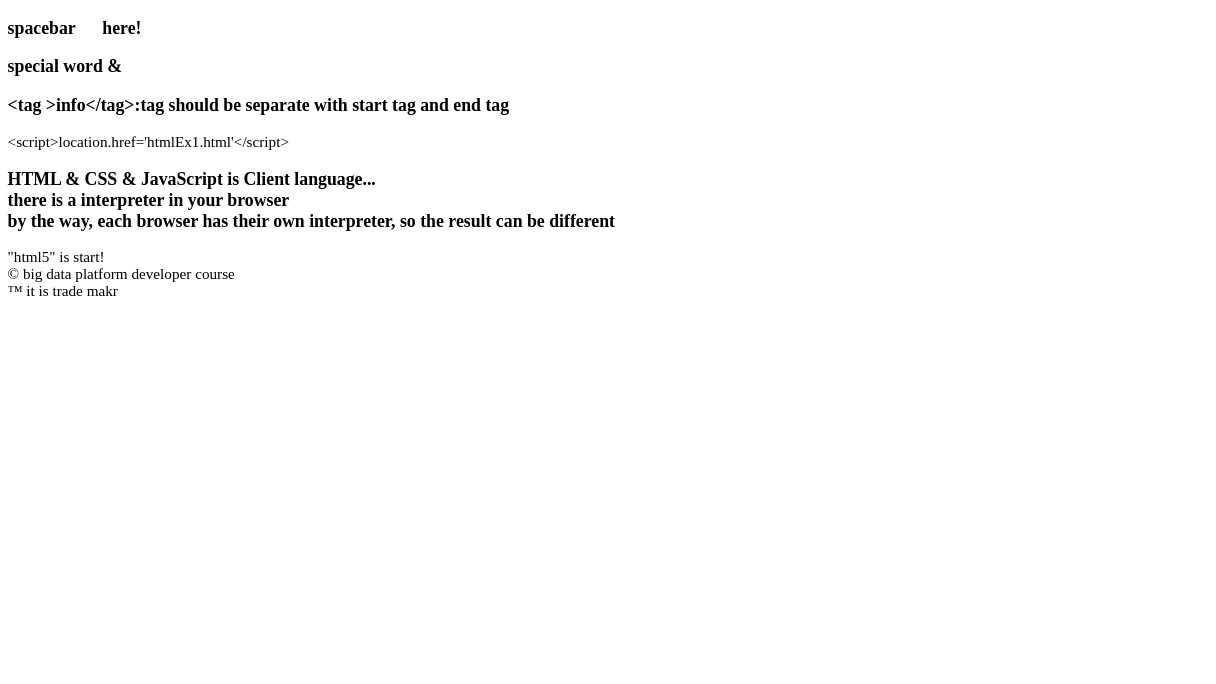
Repository: LucestDail/WebEclipse-Workspace
Page: htmlProject/WebContent/htmlEx3.html
The author's editor kept a copy of each file at every save. The page is drawn from the files as they stood at one save, then again after the next save.
The browser window is 1280 px wide. The pictures show the whole page, at 95% of full size.

Above is the page before, as saved 2020-11-05 05:44:11.

After the next save:
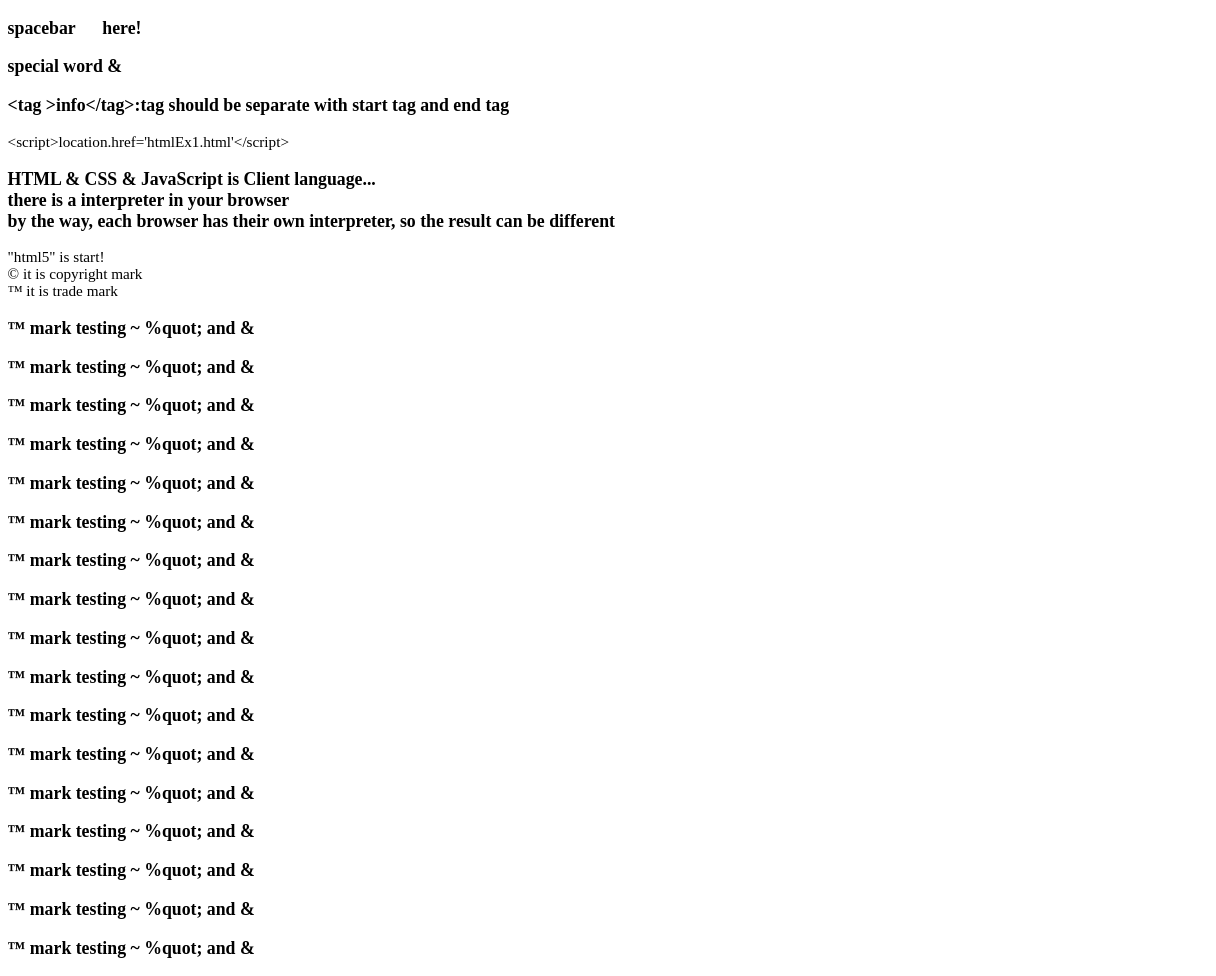
Saved 2 min 38 s later.
--- a/htmlProject/WebContent/htmlEx3.html
+++ b/htmlProject/WebContent/htmlEx3.html
@@ -13,7 +13,24 @@
 there is a interpreter in your browser<br>
 by the way, each browser has their own interpreter, so the result can be different<br></h3>
 &quot;html5&quot; is start!<br>
-&copy; big data platform developer course<br>
-&trade; it is trade makr<br>
+&copy; it is copyright mark<br>
+&trade; it is trade mark<br>
+<h3>&trade; mark testing ~ %quot; and &amp;</h3>
+<h3>&trade; mark testing ~ %quot; and &amp;</h3>
+<h3>&trade; mark testing ~ %quot; and &amp;</h3>
+<h3>&trade; mark testing ~ %quot; and &amp;</h3>
+<h3>&trade; mark testing ~ %quot; and &amp;</h3>
+<h3>&trade; mark testing ~ %quot; and &amp;</h3>
+<h3>&trade; mark testing ~ %quot; and &amp;</h3>
+<h3>&trade; mark testing ~ %quot; and &amp;</h3>
+<h3>&trade; mark testing ~ %quot; and &amp;</h3>
+<h3>&trade; mark testing ~ %quot; and &amp;</h3>
+<h3>&trade; mark testing ~ %quot; and &amp;</h3>
+<h3>&trade; mark testing ~ %quot; and &amp;</h3>
+<h3>&trade; mark testing ~ %quot; and &amp;</h3>
+<h3>&trade; mark testing ~ %quot; and &amp;</h3>
+<h3>&trade; mark testing ~ %quot; and &amp;</h3>
+<h3>&trade; mark testing ~ %quot; and &amp;</h3>
+<h3>&trade; mark testing ~ %quot; and &amp;</h3>
 </body>
 </html>
